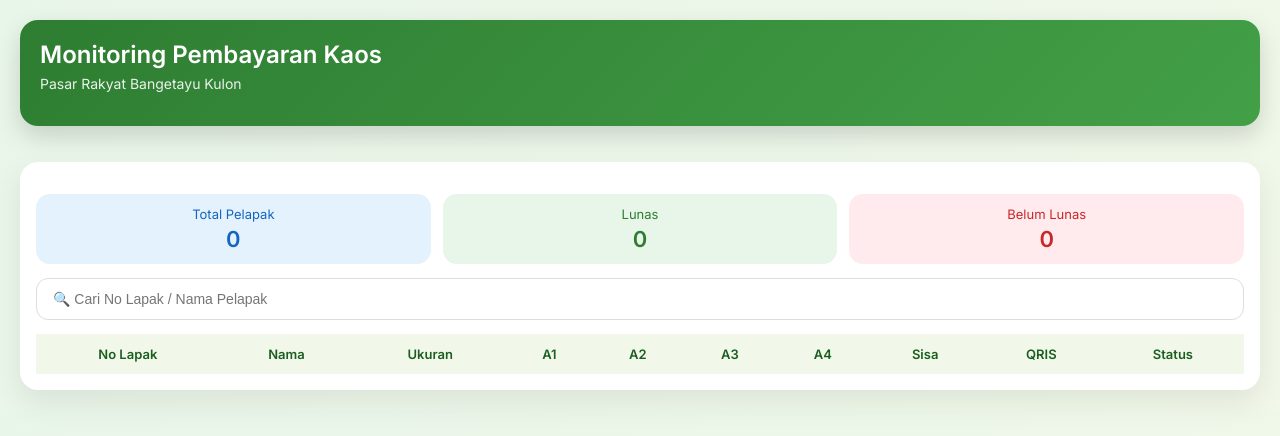
Repository: pasarrakyatbak/monitoringpembayarankaos
Page: index.html
An editor plug-in stored every save of this project. The page is shown before and after the next save, followed by the edit.
The browser window is 1280 px wide. The pictures show the whole page.
The page's requests for data from a server got no answer.

Above is the page before, as saved 2026-01-04 13:56:49.

After the next save:
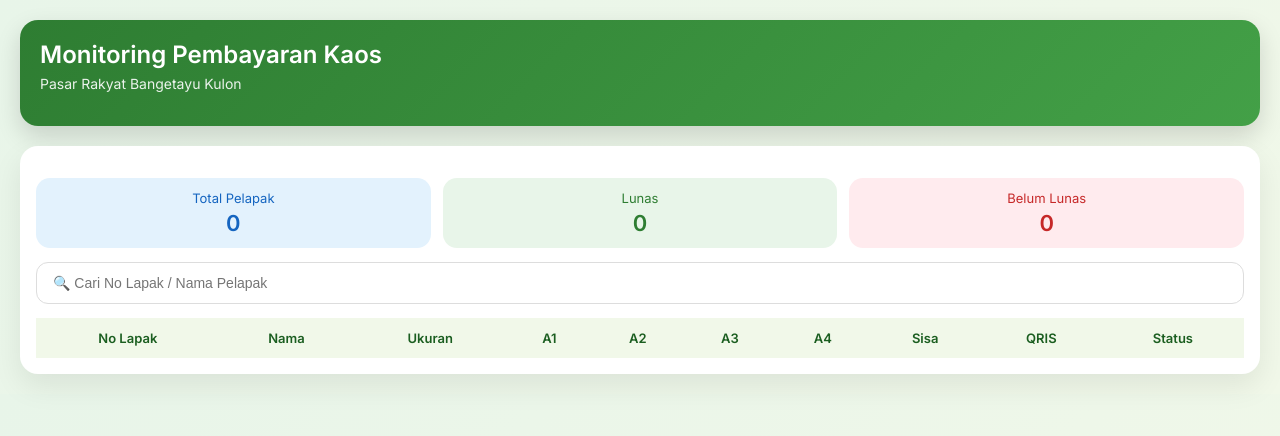
Saved 5 s later.
--- a/index.html
+++ b/index.html
@@ -23,7 +23,6 @@
             <h1>Monitoring Pembayaran Kaos</h1>
             <p>Pasar Rakyat Bangetayu Kulon</p>
         </header>
-        <div class="summary" id="summary"></div>
         <!-- CARD -->
         <div class="card">
 
